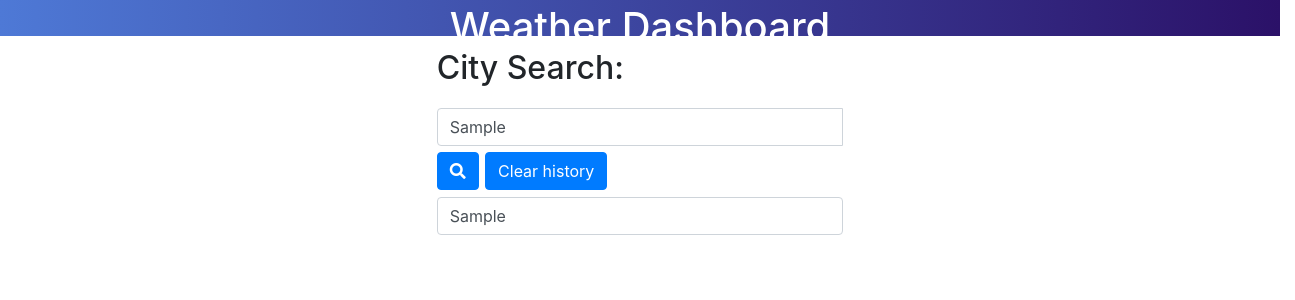
Repository: brenhamp/weather-dashboard
Page: index.html
These files come from the project's save history. The page is drawn as it stood at one moment and after the next save; the edit follows.
The browser window is 1280 px wide. The page is 1295 px wide, so the pictures cover 1295 px, including what lies to the right of the window. The pictures show the whole page.
Empty fields were first filled with sample values (such as "Sample", 5 or name@example.com).
After loading, the first visible `#search-button` was clicked once.
The page's requests for data from a server got no answer. Some web libraries are served in a nearby version.

Above is the page before, as saved 2021-12-12 21:03:45.
Console error (its wording comes from the project's code and is left out).

### index.html
<!DOCTYPE html>
<html lang="en">
<head>
    <meta charset="UTF-8">
    <meta http-equiv="X-UA-Compatible" content="IE=edge">
    <meta name="viewport" content="width=device-width, initial-scale=1.0">
    <link rel="stylesheet" href="./assets/css/style.css">
    <link rel="stylesheet" href="https://stackpath.bootstrapcdn.com/bootstrap/4.3.1/css/bootstrap.min.css" crossorigin="anonymous">
    <link rel="stylesheet" href="https://cdnjs.cloudflare.com/ajax/libs/font-awesome/5.11.2/css/all.min.css">
    <title>Weather Dashboard</title>
</head>
<body>
    <header class="hero">
        <h1>Weather Dashboard</h1>
    </header>

    <div class="row">
        <div class="col-lg-4">
            <h2>City Search:</h2>
            <div class="input-group">
                <input id="city-input" type="text" class="form-control" placeholder="Enter a city" aria-label="Enter a city">
                <div class="input-group append">
                    <button class="btn btn-primary" type="button" id="search-button">
                        <i class="fas fa-search"></i>
                    </button>

                    <button class="btn btn-primary" type="button" id="clear-history">Clear history</button>
                </div>
            </div>

            <form id="history"></form>

        </div>
        <div class="col-lg-9">
            <div class="row">
                <div id="todays-weather">
                    <div>
                        <h3 id="city-name" class="city-name">
                        </h3>
                        <img id="sky">
                        <div id="temperature"></div>
                        <div id="humidity"></div>
                        <div id="wind"></div>
                        <div id="UV"></div>
                    </div>
                </div>
            </div>

            <!-- hide forecast until needed -->
            <div id="five-day-forecast" class="d-none">
                <h3>Five-Day Forecast</h3>
                <div class="row">
                    <div class="forecast"></div>
                    <div class="forecast"></div>
                    <div class="forecast"></div>
                    <div class="forecast"></div>
                    <div class="forecast"></div>
                </div>
            </div>
        </div>
    </div>


    <script src="https://unpkg.com/axios/dist/axios.min.js"></script>
    <script src="./assets/js/script.js"></script>

</body>
</html>

### assets/css/style.css


.hero {
    background-image: linear-gradient(to right, rgb(78, 121, 214), rgb(43, 17, 104));
    height: 5vh;
    text-align: center;
    margin: auto;
    line-height: 5vh;
    color: white
}

h1 {
    line-height: inherit;
    padding: .25vw 0;
}

h2 {
    padding: 1vw 0;
}

.row {
    justify-content: space-around;
}

p {
    text-align: center;
}

button:not(:disabled) {
    margin: 0.5vw 0.5vw 0.5vw 0;
}

#history {
    margin: auto;
}

### assets/js/script.js
function weatherDashboard() {
    //define HTML elements
const city = document.getElementById("city-input");
const search = document.getElementById("search-button");
const clear = document.getElementById("clear-history");
const name = document.getElementById("city-name");
const sky = document.getElementById("sky");
const temp = document.getElementById("temperature");
const humidity = document.getElementById("humidity");
const wind = document.getElementById("wind");
const UV = document.getElementById("UV");
const history = document.getElementById("history");
const forecast = document.getElementById("five-day-forecast");
const todaysWeather = document.getElementById("todays-weather");

    //my API key from OpenWeather
    apiKey = "4f9f2b98f7dbd0bd303f0561775c2890";

    //function to contain all API requests
    function getWeather(cityName) {
        let queryURL = "https://api.openweathermap.org/data/2.5/weather?q=" + cityName + "&units=imperial" + "&appid=" + apiKey;
        axios.get(queryURL)
        .then(function(response) {
            todaysWeather.classList.remove("d-none");

            //retrieve current date for displaying
            currentDate = new Date(response.data.dt * 1000);
            day = currentDate.getDate();
            month = currentDate.getMonth() + 1;
            year = currentDate.getFullYear();

            name.innerHTML = response.data.name + " (" + month + "/" + day + "/" + year +")";

            //display today's weather including sky icon, temp, humidity and wind speed
            let skyImg = response.data.weather[0].icon;
            sky.setAttribute("src", "https://openweathermap.org/img/wn/" + skyImg + "@2x.png");
            sky.setAttribute("alt", response.data.weather[0].description);
            temp.innerHTML = "Temperature: " + response.data.main.temp + " &#176F";
            humidity.innerHTML = "Humidity: " + response.data.main.humidity + "%";
            wind.innerHTML = "Wind Speed: " + response.data.wind.speed + " MPH";

            //get UV index using latitude and longitude
            let lat = response.data.coord.lat;
            let lon = response.data.coord.lon;
            let UVQueryURL = "https://api.openweathermap.org/data/2.5/uvi/forecast?lat=" + lat + "&lon=" + lon + "&units=imperial" + "&appid=" + apiKey + "&cnt=1";
            axios.get(UVQueryURL)
                .then(function (response) {
                    //use span for HTML convenience
                    let UVIndex = document.createElement("span");

                    //change color to indicate mild/moderate/severe UV levels
                    if (response.data[0].value < 4 ) {
                        UVIndex.setAttribute("class", "badge badge-success");
                    }
                    else if (response.data[0].value < 8) {
                        UVIndex.setAttribute("class", "badge badge-warning");
                    }
                    else {
                        UVIndex.setAttribute("class", "badge badge-danger");
                    }
                    //append to HTML
                    UVIndex.innerHTML = response.data[0].value;
                    UV.innerHTML = "UV Index: ";
                    UV.append(UVIndex);
        });

           //five-day forecast script
           let cityID = response.data.id;
           let forecastQueryURL = "https://api.openweathermap.org/data/2.5/forecast?id=" + cityID + "&units=imperial" + "&appid=" + apiKey;
           axios.get(forecastQueryURL)
               .then(function (response) {
                   //when query is sent, show the forecast elements
                   forecast.classList.remove("d-none");

                       //select all forecast divs and assign future dates to them in order
                       const forecastEls = document.querySelectorAll(".forecast");
                       for (i = 0; i < forecastEls.length; i++) {
                           forecastEls[i].innerHTML = "";
                           const forecastIndex = i * 8 + 4;
                           const forecastDate = new Date(response.data.list[forecastIndex].dt * 1000);
                           const forecastDay = forecastDate.getDate();
                           const forecastMonth = forecastDate.getMonth() + 1;
                           const forecastYear = forecastDate.getFullYear();
                           const forecastDateEl = document.createElement("p");
                           forecastDateEl.setAttribute("class", "mt-3 mb-0 forecast-date");
                           forecastDateEl.innerHTML = forecastMonth + "/" + forecastDay + "/" + forecastYear;
                           forecastEls[i].append(forecastDateEl);

                           //append sky icons and weather info to each future day forecast
                           const forecastSky = document.createElement("img");
                           forecastSky.setAttribute("src", "https://openweathermap.org/img/wn/" + response.data.list[forecastIndex].weather[0].icon + "@2x.png");
                           forecastSky.setAttribute("alt", response.data.list[forecastIndex].weather[0].description);
                           forecastEls[i].append(forecastSky);
                           const forecastTempEl = document.createElement("p");
                           forecastTempEl.innerHTML = "Temp: " + response.data.list[forecastIndex].main.temp + " &#176F";
                           forecastEls[i].append(forecastTempEl);
                           const forecastHumidityEl = document.createElement("p");
                           forecastHumidityEl.innerHTML = "Humidity: " + response.data.list[forecastIndex].main.humidity + "%";
                           forecastEls[i].append(forecastHumidityEl);
                       }
                    })
    });
}

    //search history functionality
    let searchHistory = JSON.parse(localStorage.getItem("search")) || [];

    function renderSearchHistory () {
        //start off blank
        history.innerHTML = "";
        //create new history item each time a city name is submitted
        for (let i = 0; i < searchHistory.length; i++) {
            const historyEl = document.createElement("input");
                historyEl.setAttribute("type", "text");
                historyEl.setAttribute("readonly", true);
                historyEl.setAttribute("class", "form-control d-flex bg-white");
                historyEl.setAttribute("value", searchHistory[i]);
                historyEl.addEventListener("click", function() {
                getWeather(historyEl.value);
            })
            history.append(historyEl);
        }
    }

    //initial call for history function
    renderSearchHistory();

    //listener for search; save searches to localStorage
    search.addEventListener("click",  function () {
        searchTerm = city.value;
        getWeather(searchTerm);
        searchHistory.push(searchTerm);
        localStorage.setItem("search", JSON.stringify(searchHistory));
        renderSearchHistory();
    })


    //listener for clear button; clear localStorage and leave search array blank
    clear.addEventListener("click", function () {
        localStorage.clear();
        searchHistory = [];
        renderSearchHistory();
    })


};

//initialize javascript
weatherDashboard ();

After the next save:
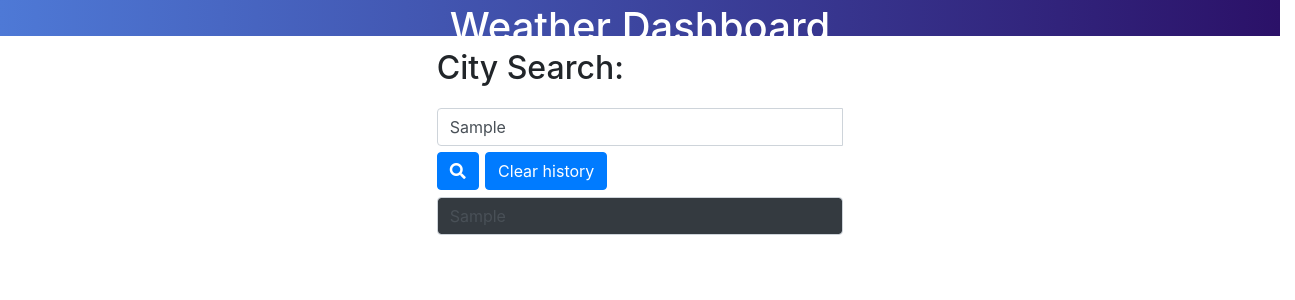
Saved 69 s later.
--- a/assets/js/script.js
+++ b/assets/js/script.js
@@ -113,7 +113,7 @@ const todaysWeather = document.getElementById("todays-weather");
             const historyEl = document.createElement("input");
                 historyEl.setAttribute("type", "text");
                 historyEl.setAttribute("readonly", true);
-                historyEl.setAttribute("class", "form-control d-flex bg-white");
+                historyEl.setAttribute("class", "form-control d-flex bg-dark");
                 historyEl.setAttribute("value", searchHistory[i]);
                 historyEl.addEventListener("click", function() {
                 getWeather(historyEl.value);
